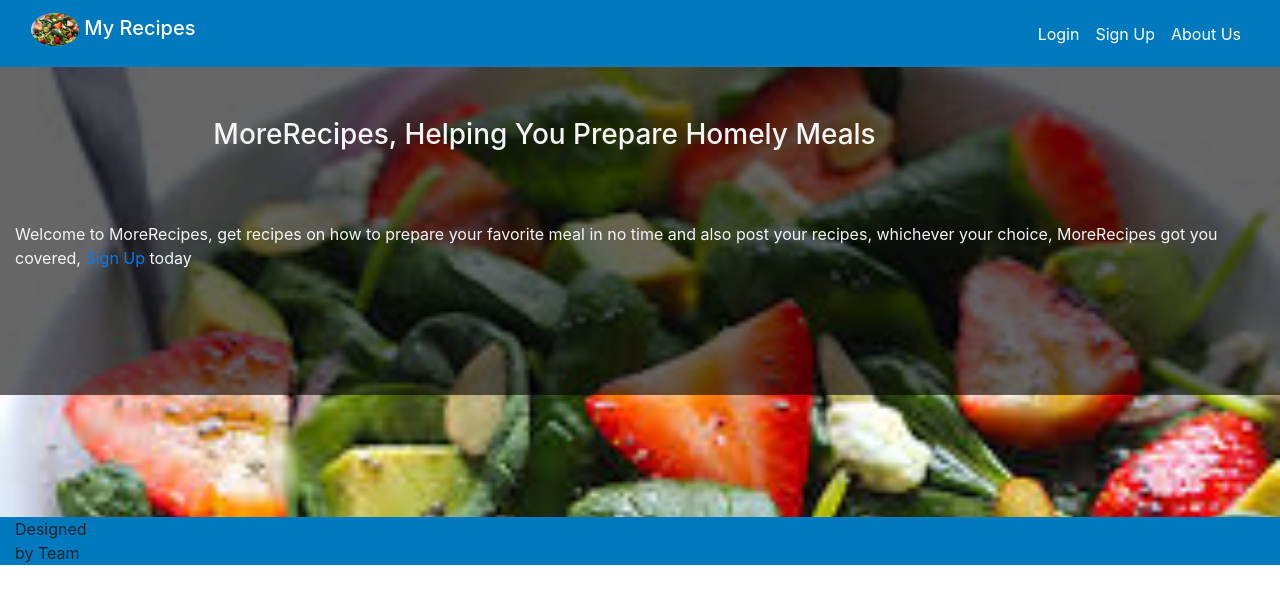
Repository: UggoPrince/more-recipes
Page: html/index.html
These files come from the project's save history. The page is drawn as it stood at one moment and after the next save; the edit follows.
The browser window is 1280 px wide. The pictures show the whole page.

Above is the page before, as saved 2018-07-30 07:06:04.

### html/index.html
<html lang="en">
<head>
  <meta charset="UTF-8">
  <meta name="viewport" content="width=device-width, initial-scale=1.0">
  <meta http-equiv="X-UA-Compatible" content="ie=edge">
  <link rel="stylesheet" href="https://maxcdn.bootstrapcdn.com/bootstrap/4.0.0/css/bootstrap.min.css" integrity="sha384-Gn5384xqQ1aoWXA+058RXPxPg6fy4IWvTNh0E263XmFcJlSAwiGgFAW/dAiS6JXm" crossorigin="anonymous"/>
  <style>
    main {
      background-color: rgba(0, 0, 3, 0.6);
      color: whitesmoke;
    }
    div#content {
      background-size: 100vw;
      background-repeat: no-repeat;
      background-image: url(../img/nav-image.jpg);
      background-size: cover;
      height: 450px;
      background-repeat: no-repeat;
    }
    nav {
      background-color: #0079be;
      color: white;
    }
    .nav-link {
      color: white;
    }
  </style>
  <title>My Recipes Homepage</title>
</head>
<body>
  <nav class="xnav navbar navbar-expand-lg">
    <div class="container-fluid">
      <h3 style="color: white;" class="navbar-brand">
        <img class="rounded-circle" src="../img/nav-image.jpg" style="width: 48px;" alt="logo"/>
        My Recipes
      </h3>
      <button class="navbar-toggler" type="button" data-toggle="collapse" aria-controls="navDropdown" aria-expanded="false" aria-label="Toggle Navigation" data-target="#navDropdown" >
        <span class="navbar-toggler-icon"></span>
      </button>
      <div class="collapse navbar-collapse justify-content-end brand-anchor" id="navDropdown">
        <ul class="navbar-nav">
          <li class="nav-item">
            <a class="nav-link" href="login.html">Login</a>
          </li>
          <li class="nav-item">
            <a class="nav-link" href="signup.html">Sign Up</a>
          </li>
          <li class="nav-item">
            <a class="nav-link" href="about.html">About Us</a>
          </li>
        </ul>
      </div>
    </div>
  </nav>
  <div id="content">
    <main class="container-fluid">
      <div class="row">
        <div class="offset-2 col-8;" style="margin-top: 4%;">
            <h3>MoreRecipes, Helping You Prepare Homely Meals</h3>
        </div>
      </div>
      <div style="padding-top: 5%; padding-bottom: 10%">
          Welcome to MoreRecipes, get recipes on how to prepare your favorite meal in no time and also post your recipes, whichever your choice, MoreRecipes got you covered, <a href="signup.html">Sign Up</a> today
      </div>

    </main>
  </div>
  <footer class="container-fluid" style="background-color: #0079be;">
    <div class="row">
      <div class="col-1">Designed by Team</div>
    </div>
  </footer>
</body>
</html>

After the next save:
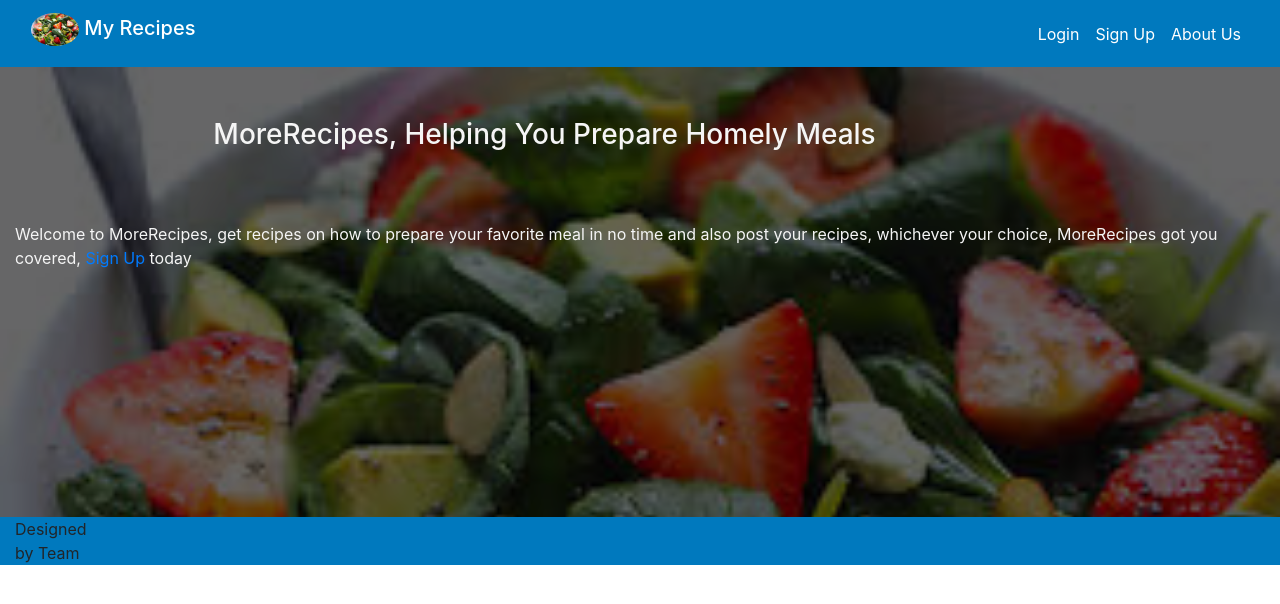
Saved 8 s later.
--- a/html/index.html
+++ b/html/index.html
@@ -59,7 +59,7 @@
             <h3>MoreRecipes, Helping You Prepare Homely Meals</h3>
         </div>
       </div>
-      <div style="padding-top: 5%; padding-bottom: 10%">
+      <div style="padding-top: 5%; padding-bottom: 20%">
           Welcome to MoreRecipes, get recipes on how to prepare your favorite meal in no time and also post your recipes, whichever your choice, MoreRecipes got you covered, <a href="signup.html">Sign Up</a> today
       </div>
 
